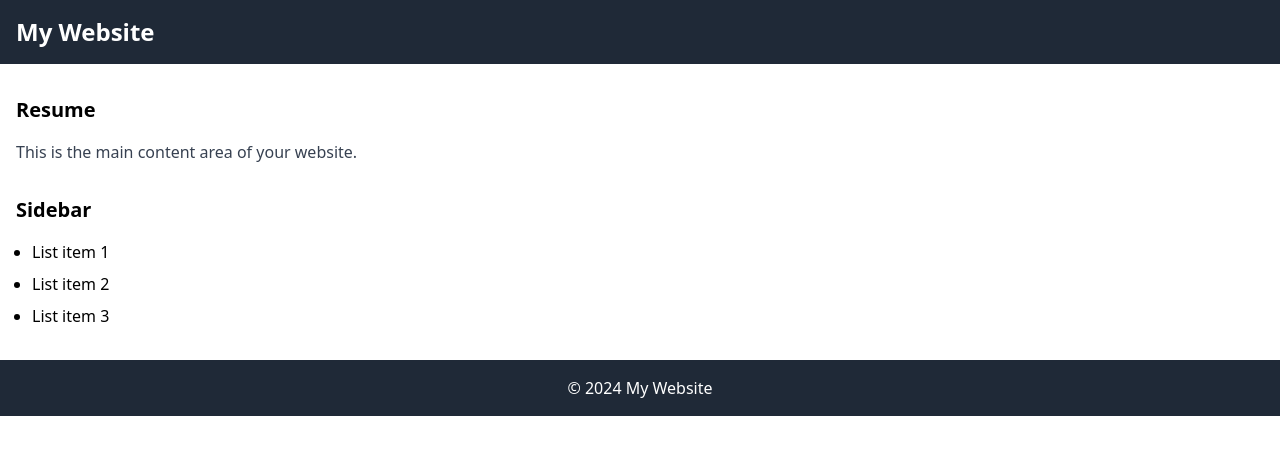
Repository: rodrigotxt/rodrigotxt.github.io
Page: index.html
The author's editor kept a copy of each file at every save. The page is drawn from the files as they stood at one save, then again after the next save.
The browser window is 1280 px wide. The pictures show the whole page.

Above is the page before, as saved 2024-03-25 12:03:46.

### index.html
<!DOCTYPE html>
<html lang="br">
<head>
  <meta charset="UTF-8">
  <meta name="viewport" content="width=device-width, initial-scale=1.0">
  <title>Rodrigo Martins - Dev</title>
  <link href="https://unpkg.com/tailwindcss@^2/dist/tailwind.min.css" rel="stylesheet">
</head>
<body>
  <header class="bg-gray-800 text-white p-4">
    <h1 class="text-2xl font-bold">My Website</h1>
  </header>

  <main class="container mx-auto px-4 py-8">
    <section class="mb-8">
      <h2 class="text-xl font-bold mb-4">Resume</h2>
      <p class="text-gray-700">This is the main content area of your website.</p>
    </section>

    <section>
      <h2 class="text-xl font-bold mb-4">Sidebar</h2>
      <ul class="list-disc pl-4">
        <li class="mb-2">List item 1</li>
        <li class="mb-2">List item 2</li>
        <li>List item 3</li>
      </ul>
    </section>
  </main>

  <footer class="bg-gray-800 text-white text-center p-4">
    <p>&copy; 2024 My Website</p>
  </footer>
</body>
</html>

After the next save:
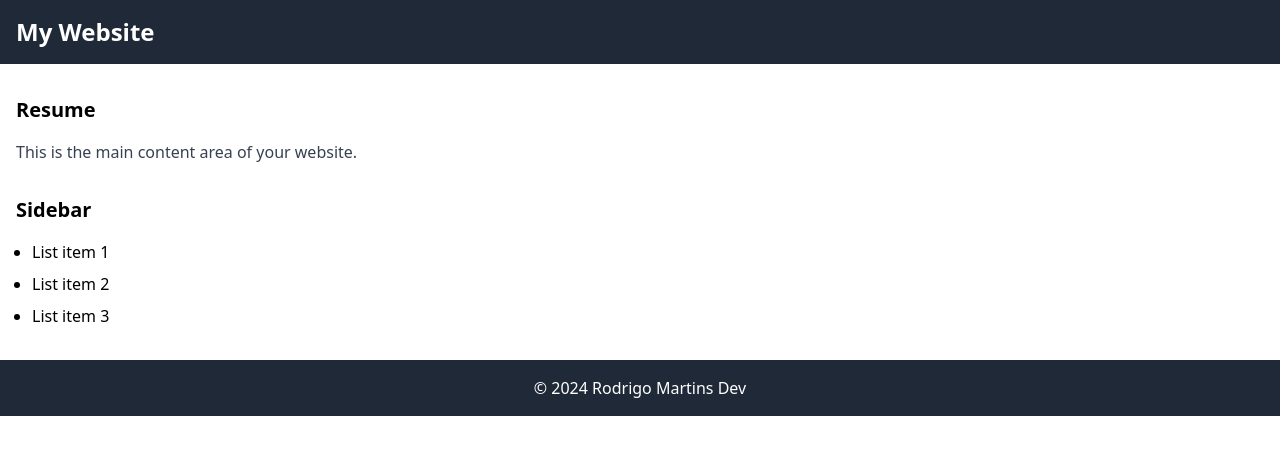
Saved 8 s later.
--- a/index.html
+++ b/index.html
@@ -28,7 +28,7 @@
   </main>
 
   <footer class="bg-gray-800 text-white text-center p-4">
-    <p>&copy; 2024 My Website</p>
+    <p>&copy; 2024 Rodrigo Martins Dev</p>
   </footer>
 </body>
 </html>
